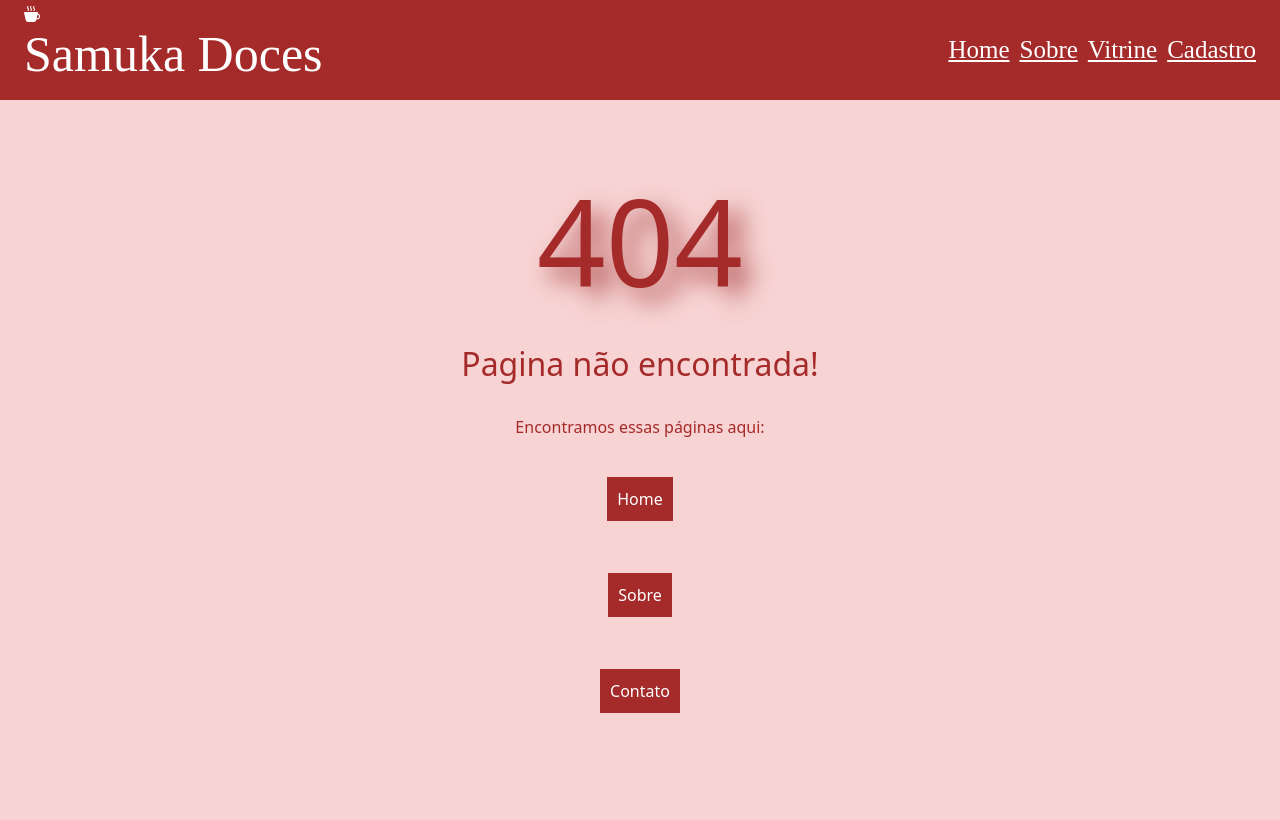
Repository: devsamuel23/github.io-doces_GIT
Page: /
An editor plug-in stored every save of this project. The page is shown before and after the next save, followed by the edit.
The browser window is 1280 px wide. The pictures show the whole page.
The page's requests for data from a server got no answer. The project was rebuilt for these pictures with package versions that can differ from the ones it lists, and the page was loaded fresh each time. No one was signed in, and anything a server would have sent is missing. Also part of the build but not shown: src/index.css, src/pages/Home/index.js, src/pages/Sobre/index.js, src/pages/Cadastro/index.js, src/pages/Produto/index.js, src/pages/Detalhes/style.css, src/pages/Detalhes/index.js.

Above is the page before, as saved 2023-04-12 22:29:22.

After the next save:
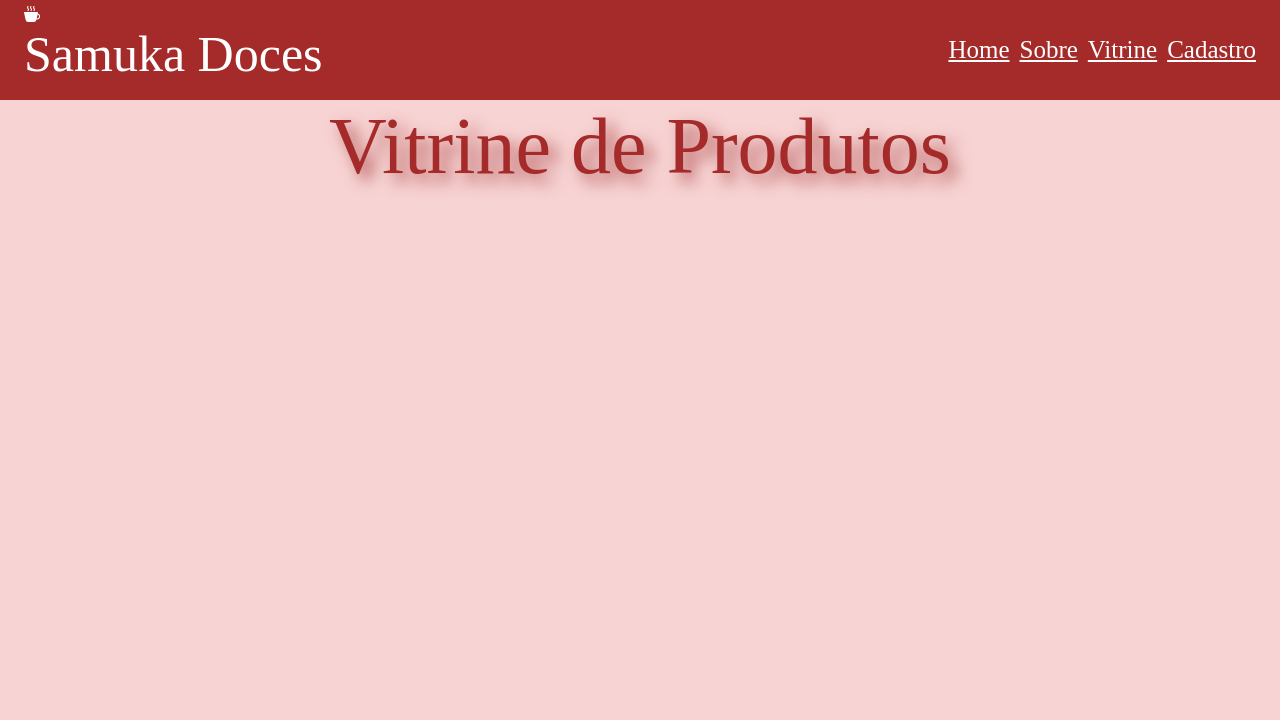
Saved 7 s later.
--- a/src/routes.js
+++ b/src/routes.js
@@ -25,7 +25,7 @@
         <Route>
           {/* <Route path="/" element={<Home />} /> */}
           <Route path="/Sobre" element={<Sobre />} />
-          <Route path="/Vitrine" element={<Vitrine />} />
+          <Route path="/" element={<Vitrine />} />
           <Route path="/Cadastro" element={<Cadastro />} />
           <Route path="/Produto/:id" element={<Produto />} />
           <Route path="/Detalhes" element={<Detalhes />} />
